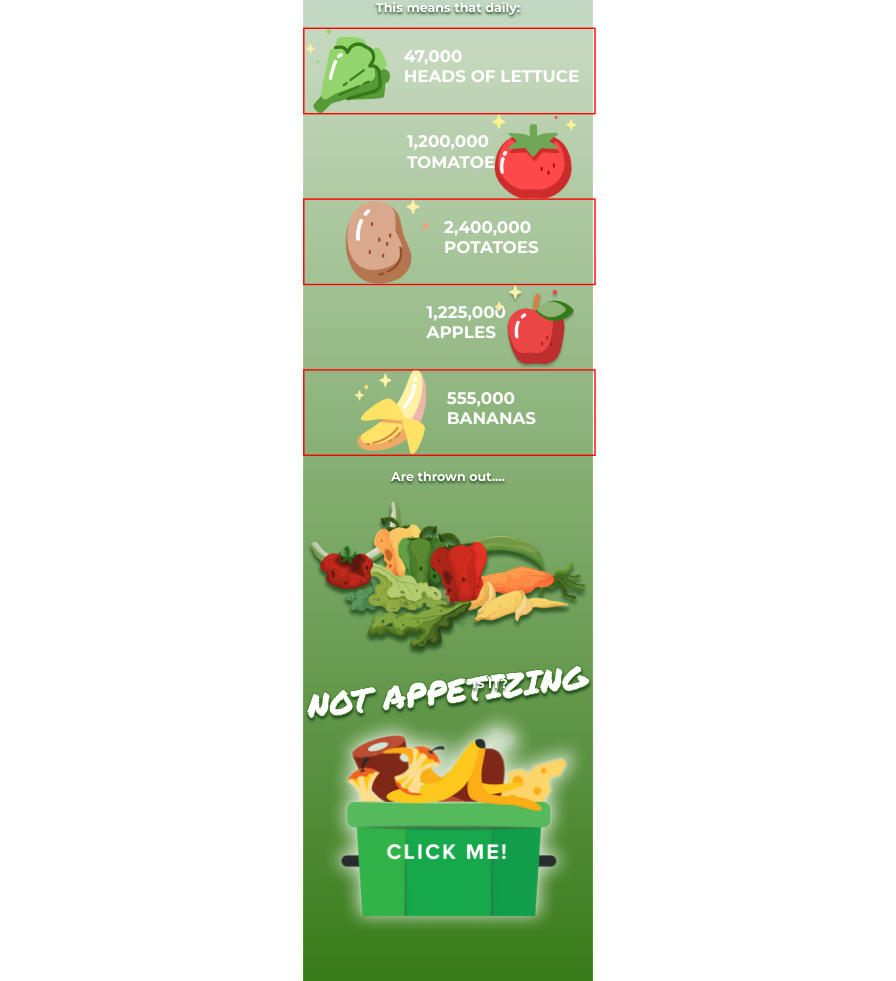
Repository: zoelake/DCDmidterm
Page: page1/index.html
The author's editor kept a copy of each file at every save. The page is drawn from the files as they stood at one save, then again after the next save.
The browser window is 1280 px wide. The pictures show the part of the page from y = 1248 to 3168 px (the page is 2650 px tall before and 3168 px after), at 70% of full size.

Above is the page before, as saved 2021-03-05 20:36:25.

After the next save:
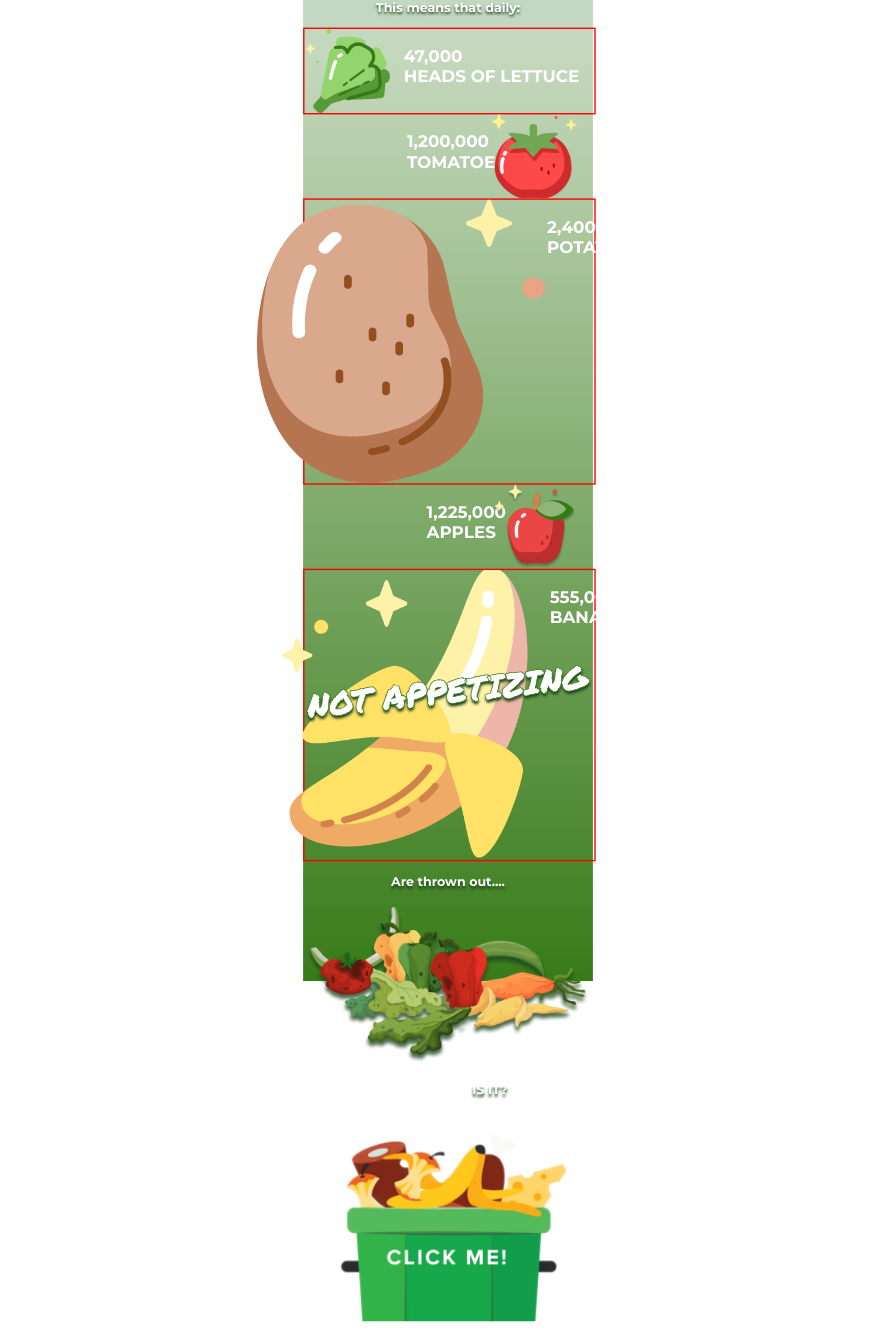
Saved 58 s later.
--- a/page1/index.html
+++ b/page1/index.html
@@ -40,7 +40,7 @@
         </div>
 
         <div class="produce-left">
-            <img class="food" src="./images/potatoe.png">
+            <img class="food, small-text" src="./images/potatoe.png">
             <p class="text-left">2,400,000<br>POTATOES</p>
         </div>
 
@@ -50,7 +50,7 @@
         </div>
 
         <div class="produce-left">
-            <img class="food" src="./images/banana.png">
+            <img class="food, small-text" src="./images/banana.png">
             <p class="text-left">555,000<br>BANANAS</p>
         </div>
 

After the save that followed:
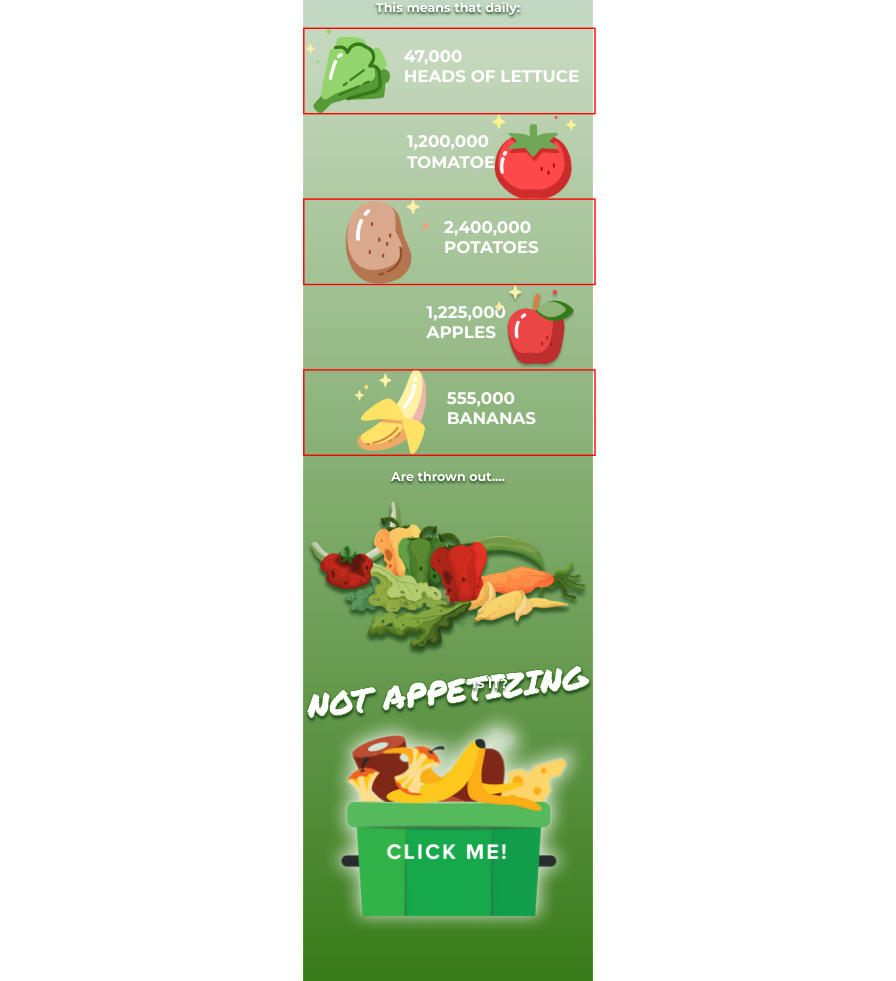
Saved 10 s later.
--- a/page1/index.html
+++ b/page1/index.html
@@ -40,7 +40,7 @@
         </div>
 
         <div class="produce-left">
-            <img class="food, small-text" src="./images/potatoe.png">
+            <img class="food small-text" src="./images/potatoe.png">
             <p class="text-left">2,400,000<br>POTATOES</p>
         </div>
 
@@ -50,7 +50,7 @@
         </div>
 
         <div class="produce-left">
-            <img class="food, small-text" src="./images/banana.png">
+            <img class="food small-text" src="./images/banana.png">
             <p class="text-left">555,000<br>BANANAS</p>
         </div>
 
